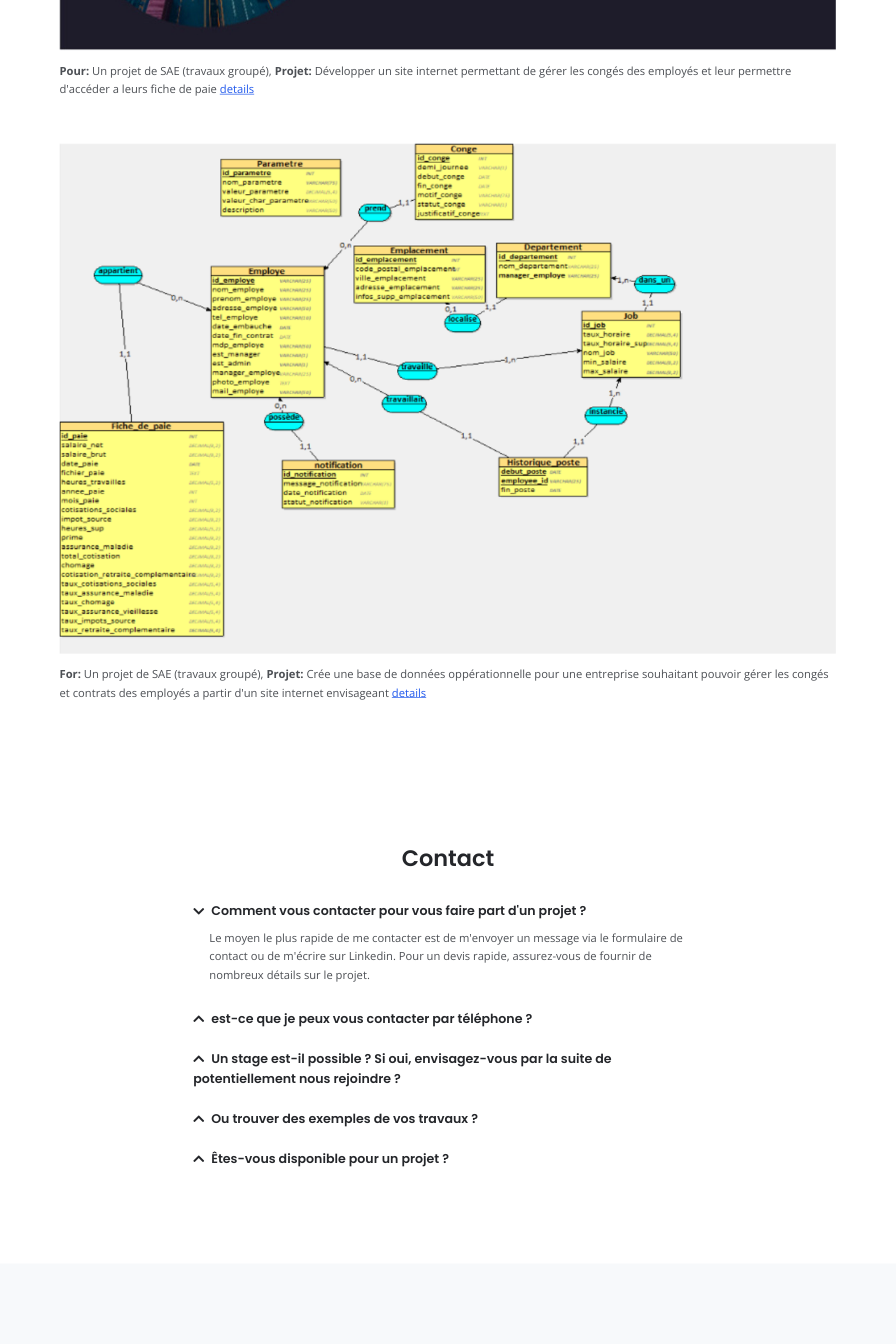
Repository: J2S80000/Portfolio
Page: index.html
These files come from the project's save history. The page is drawn as it stood at one moment and after the next save; the edit follows.
The browser window is 1280 px wide. The pictures show the part of the page from y = 4580 to 6500 px (the page is 7517 px tall), at 70% of full size.

Above is the page before, as saved 2025-05-05 17:58:11.

After the next save:
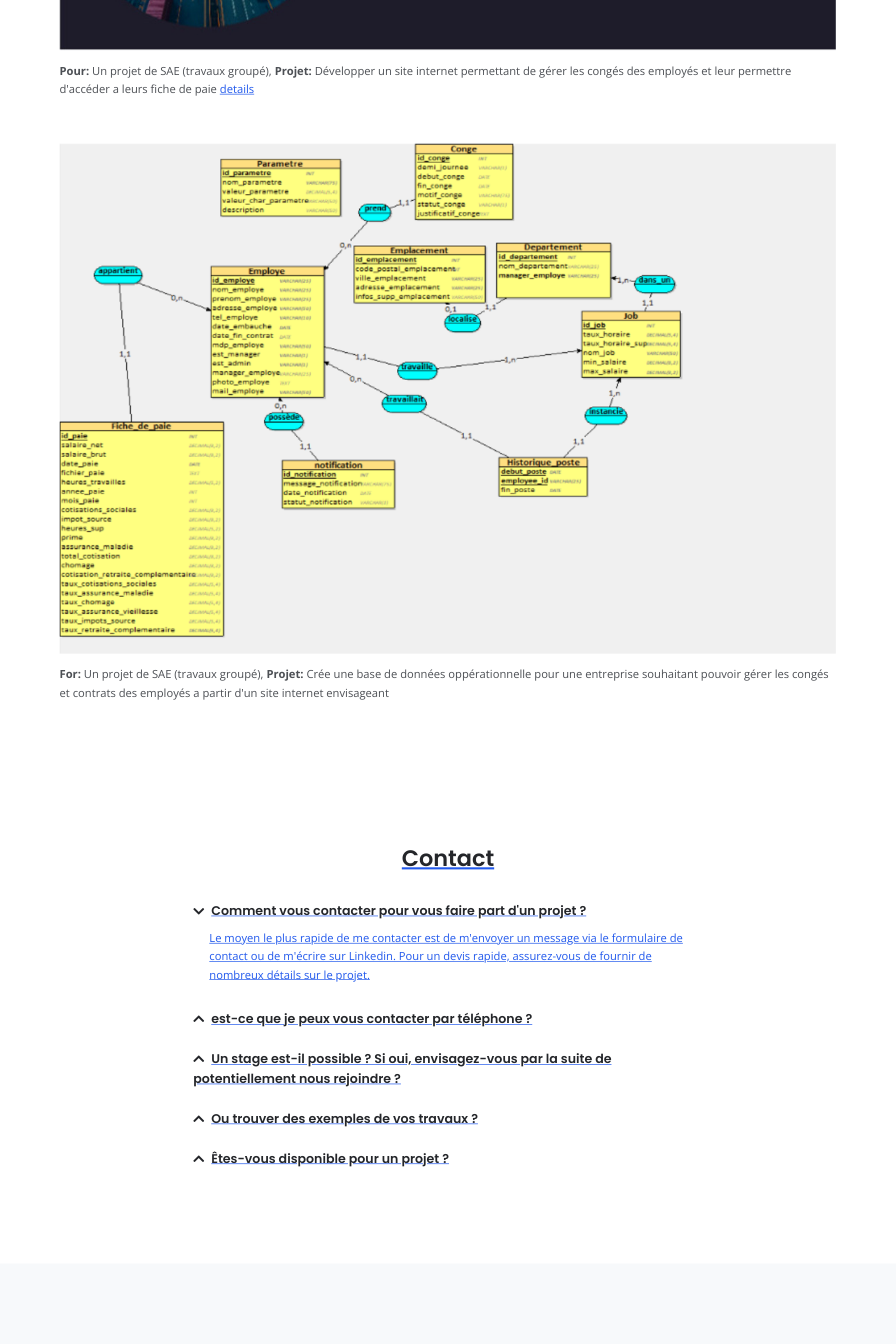
Saved 27 s later.
--- a/index.html
+++ b/index.html
@@ -252,7 +252,7 @@
                                 <img class="img-fluid" src="images/project-3.1.png" alt="alternative">
                             </a>
                         </div> <!-- end of image-container -->
-                        <p><strong>For:</strong> Un projet de SAE (travaux groupé), <strong>Projet:</strong> Crée une base de données oppérationnelle pour une entreprise souhaitant pouvoir gérer les congés et contrats des employés a partir d'un site internet envisageant <a class="blue" href="project.html">details</a></p>
+                        <p><strong>For:</strong> Un projet de SAE (travaux groupé), <strong>Projet:</strong> Crée une base de données oppérationnelle pour une entreprise souhaitant pouvoir gérer les congés et contrats des employés a partir d'un site internet envisageant <a class="blue"</a></p>
                     </div> <!-- end of text-container -->
 
                 </div> <!-- end of col -->
